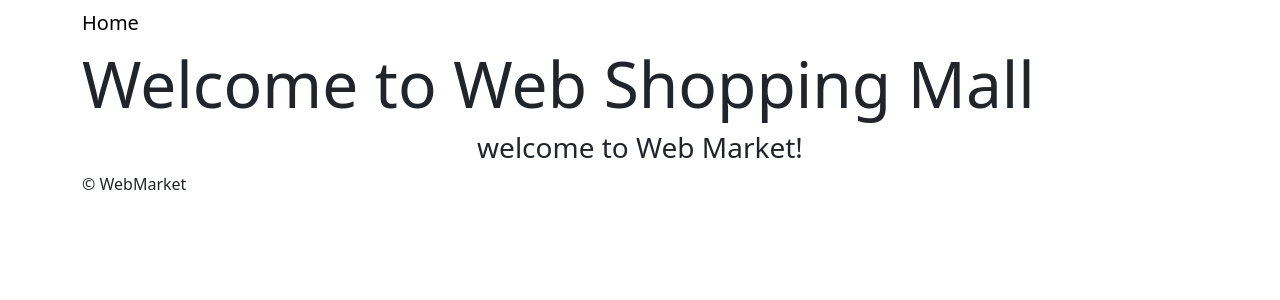
Repository: zhyuk/FullStackStudy
Page: http://localhost/jspfirst/05_01_welcome.jsp
The author's editor kept a copy of each file at every save. The page is drawn from the files as they stood at one save, then again after the next save.
The browser window is 1280 px wide. The pictures show the whole page.
The page is served by Tomcat 9. Other server files are loaded and not shown.

Above is the page before, as saved 2024-08-26 04:13:03.

### jsp/jspwork/jspfirst/src/main/webapp/05_01_welcome.jsp
<%@ page language="java" contentType="text/html; charset=UTF-8"
    pageEncoding="UTF-8"%>
<!DOCTYPE html>
<html>
<head>
<meta charset="UTF-8">
<link href="https://cdn.jsdelivr.net/npm/bootstrap@5.3.3/dist/css/bootstrap.min.css" rel="stylesheet">
<title>Welcome</title>
</head>
<body>
	<nav class="navbar navbar-expand naverbar-dark bk-dark">
		<div class="container">
			<div class="navbar-header">
				<a class="navbar-brand" href="./05_01_welcome.jsp">Home</a>
			</div>
		</div>
	</nav>
	<%!
	String greeting = "Welcome to Web Shopping Mall";
	String tagline = "welcome to Web Market!";
	%>
	<div class="jumbotron">
		<div class="container">
			<h1 class="display-3">
				<%= greeting %>
			</h1>
		</div>
	</div>
	<div class="container">
		<div class="text-center">
			<h3>
				<%= tagline %>
			</h3>
		</div>
	</div>
	<footer class="container">
		<p>&copy; WebMarket</p>
	</footer>
</body>
</html>

After the next save:
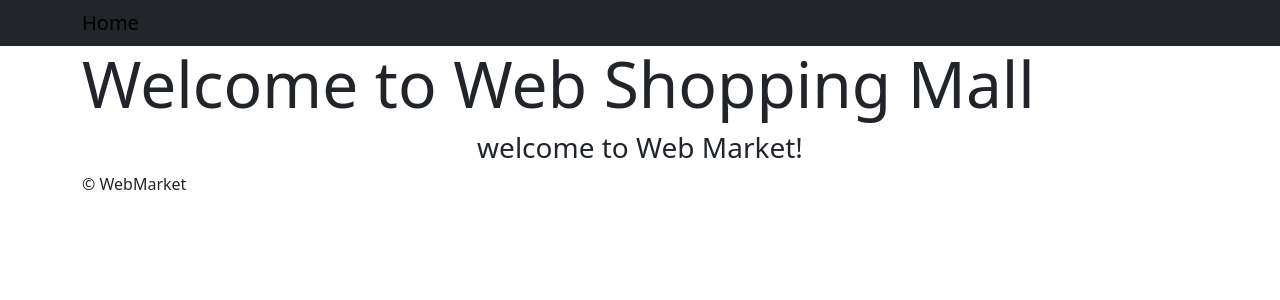
Saved 78 s later.
--- a/jsp/jspwork/jspfirst/src/main/webapp/05_01_welcome.jsp
+++ b/jsp/jspwork/jspfirst/src/main/webapp/05_01_welcome.jsp
@@ -8,7 +8,7 @@
 <title>Welcome</title>
 </head>
 <body>
-	<nav class="navbar navbar-expand naverbar-dark bk-dark">
+	<nav class="navbar navbar-expand naverbar-dark bg-dark">
 		<div class="container">
 			<div class="navbar-header">
 				<a class="navbar-brand" href="./05_01_welcome.jsp">Home</a>
